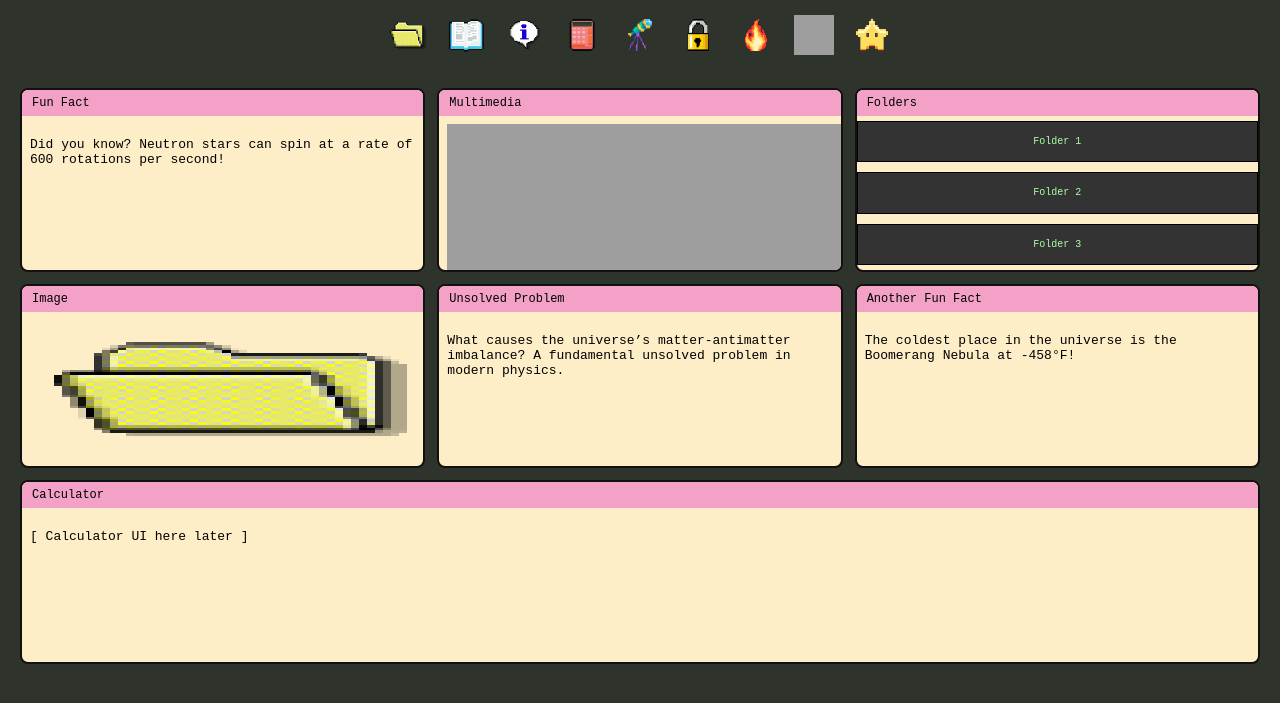
Repository: scarfer14/CCPHYS2L_Project
Page: /dashboard
These files come from the project's save history. The page is drawn as it stood at one moment and after a run of saves; the edit follows.
The browser window is 1280 px wide. The pictures show the whole page.
Pictures or frames that could not be fetched are drawn as grey boxes. The project was rebuilt for these pictures with package versions that can differ from the ones it lists, and the page was loaded fresh each time. Also part of the build but not shown: vite.config.js, src/astartsc/start.jsx.

Above is the page before, as saved 2025-05-28 23:46:09.

After the next 2 saves:
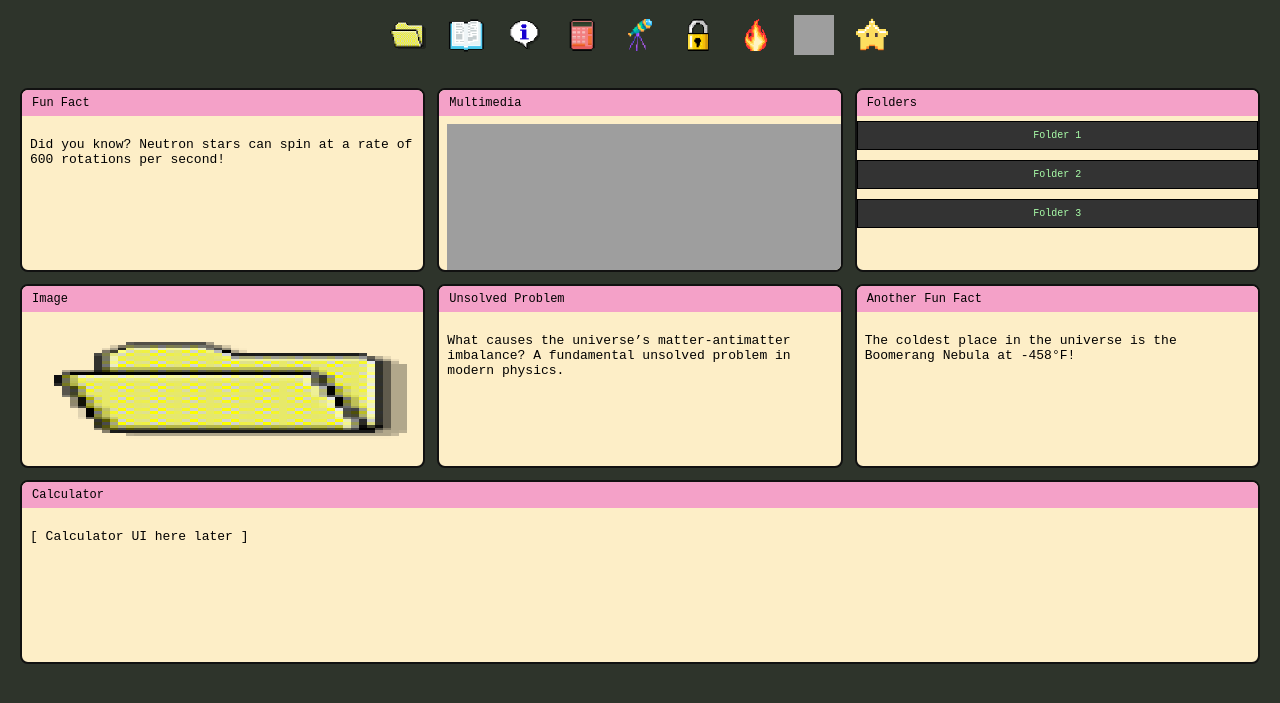
The 2 saves are shown as one change because they came seconds apart.
The last was saved 8 s later.
--- a/src/bdashsc/dashbody.css
+++ b/src/bdashsc/dashbody.css
@@ -32,7 +32,7 @@
 }
 
 .tab > *:not(.tab-header) {
-  flex: 1;
+  flex: f4a1c8;
   padding: 8px;
   overflow: auto;
 }

After the save that followed:
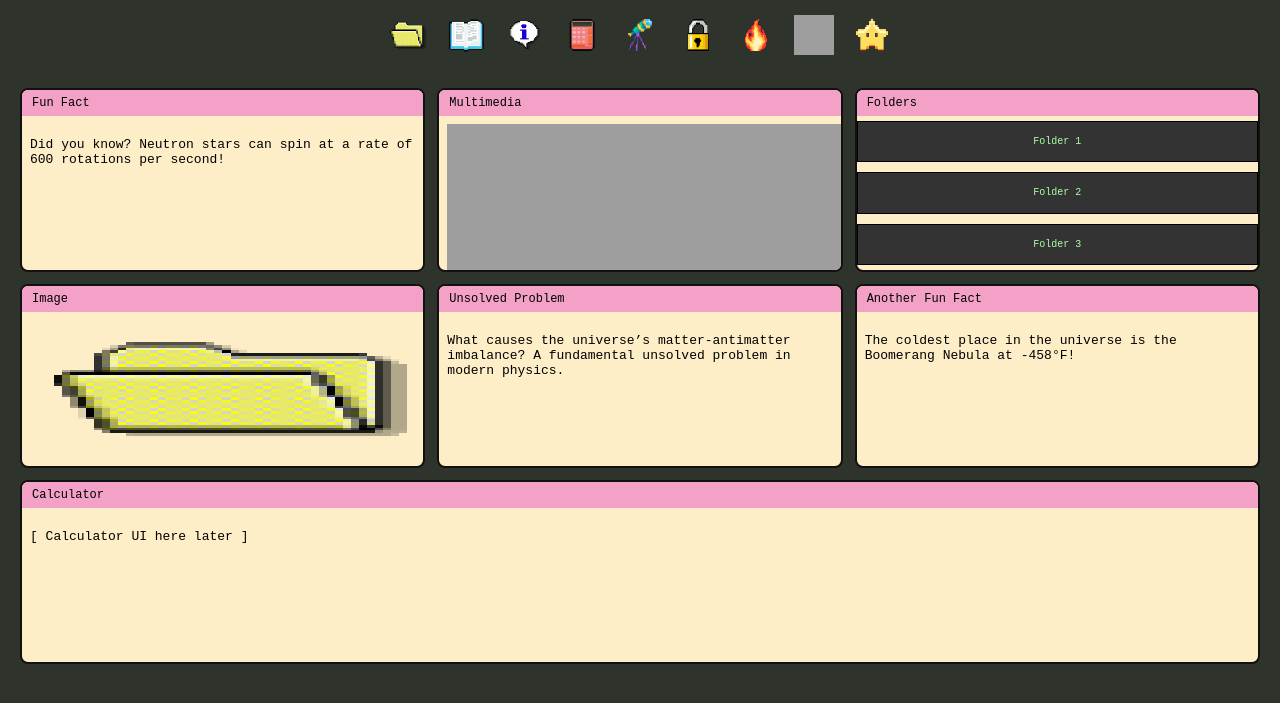
Saved 4 s later.
--- a/src/bdashsc/dashbody.css
+++ b/src/bdashsc/dashbody.css
@@ -32,7 +32,7 @@
 }
 
 .tab > *:not(.tab-header) {
-  flex: f4a1c8;
+  flex: 1;
   padding: 8px;
   overflow: auto;
 }
